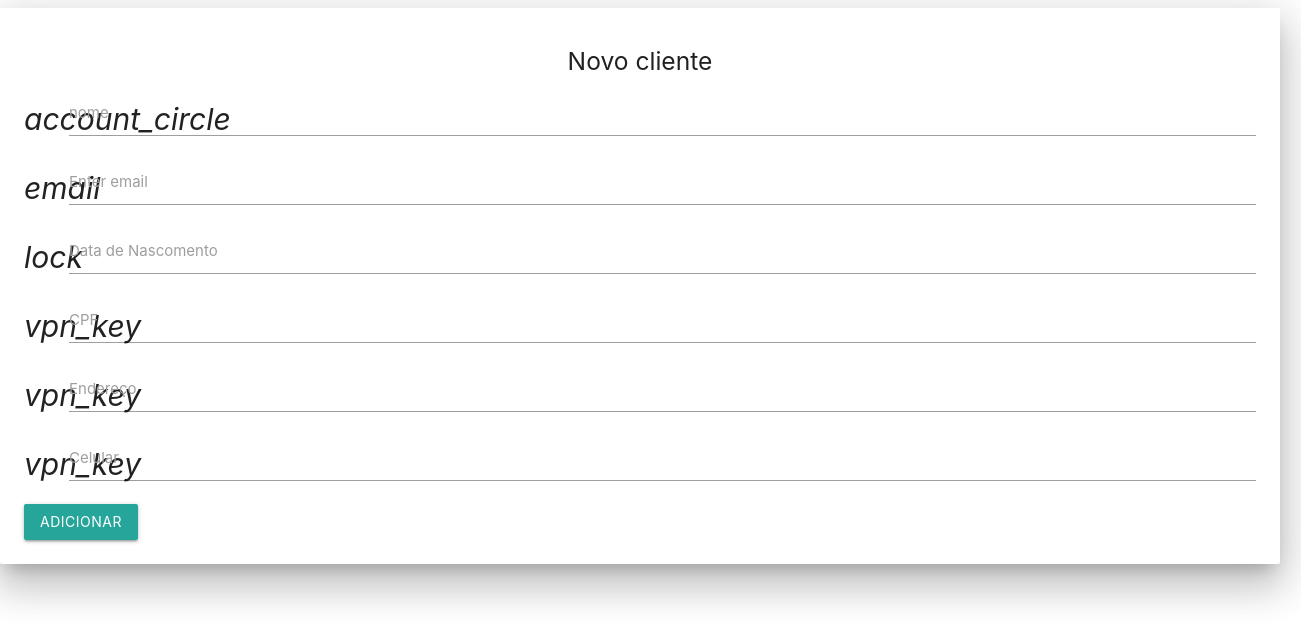
Repository: luizasilveira/TechWeb
Page: Projeto1/techWebP1/WebContent/add.html
The author's editor kept a copy of each file at every save. The page is drawn from the files as they stood at one save, then again after the next save.
The browser window is 1280 px wide. The page is 1301 px wide, then 1280 px, so the pictures cover 1301 px, including what lies to the right of the window. The pictures show the whole page.

Above is the page before, as saved 2019-09-08 19:23:14.

After the next save:
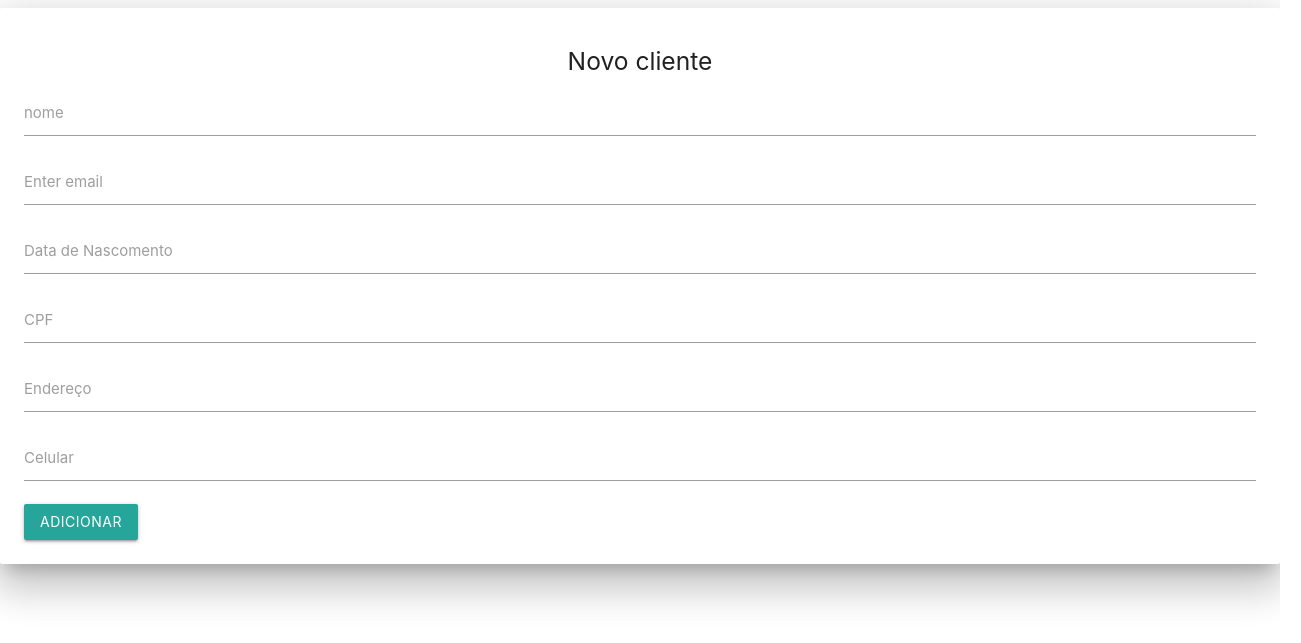
Saved 59 s later.
--- a/Projeto1/techWebP1/WebContent/add.html
+++ b/Projeto1/techWebP1/WebContent/add.html
@@ -39,37 +39,37 @@ body {
                   <h5 class="center">Novo cliente</h5>
                   <!--<p class="center">Join to our community now !</p>-->
                    <div class="input-field">
-                    <i class="material-icons prefix">account_circle</i>
+                    <!--<i class="material-icons prefix">account_circle</i>-->
                     <input type="text" name="nome">
                     <label>nome</label>
                   </div>
 
                    <div class="input-field">
-                    <i class="material-icons prefix">email</i>
+                    <!-- <i class="material-icons prefix">email</i>-->
                     <input type="email" name="email" class="validate">
                     <label>Enter email</label>
                   </div>
 
                    <div class="input-field">
-                    <i class="material-icons prefix">lock</i>
+                    <!--<i class="material-icons prefix">lock</i>-->
                     <input type="text" name="nascimento">
                     <label>Data de Nascomento</label>
                   </div>
 
                    <div class="input-field">
-                    <i class="material-icons prefix">vpn_key</i>
+                    <!--<i class="material-icons prefix">vpn_key</i>-->
                     <input type="text" name="CPF">
                     <label>CPF</label>
                   </div>
 
                   <div class="input-field">
-                    <i class="material-icons prefix">vpn_key</i>
+                    <!--<i class="material-icons prefix">vpn_key</i>-->
                     <input type="text" name="endereço">
                     <label>Endereço</label>
                   </div>
 
                   <div class="input-field">
-                    <i class="material-icons prefix">vpn_key</i>
+                    <!--<i class="material-icons prefix">vpn_key</i>-->
                     <input type="text" name="celular">
                     <label>Celular</label>
                   </div>
